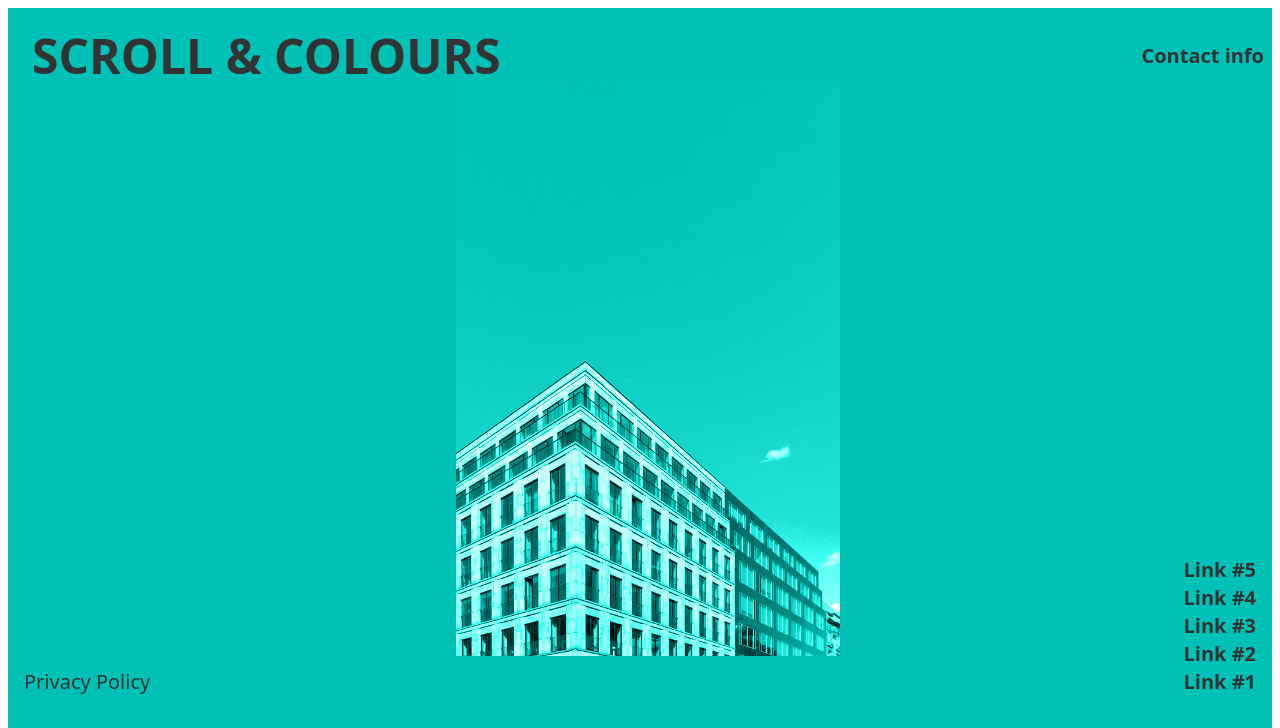
Repository: chelle-c/smooth-scroll-colours
Page: /
An editor plug-in stored every save of this project. The page is shown before and after the next save, followed by the edit.
The browser window is 1280 px wide. The pictures show the whole page.
An inner scrolling area shows only its first screen. The project was rebuilt for these pictures with package versions that can differ from the ones it lists, and the page was loaded fresh each time. Imported but missing from the stored project, and not drawn on this page: images.

Above is the page before, as saved 2022-09-21 23:16:25.

After the next save:
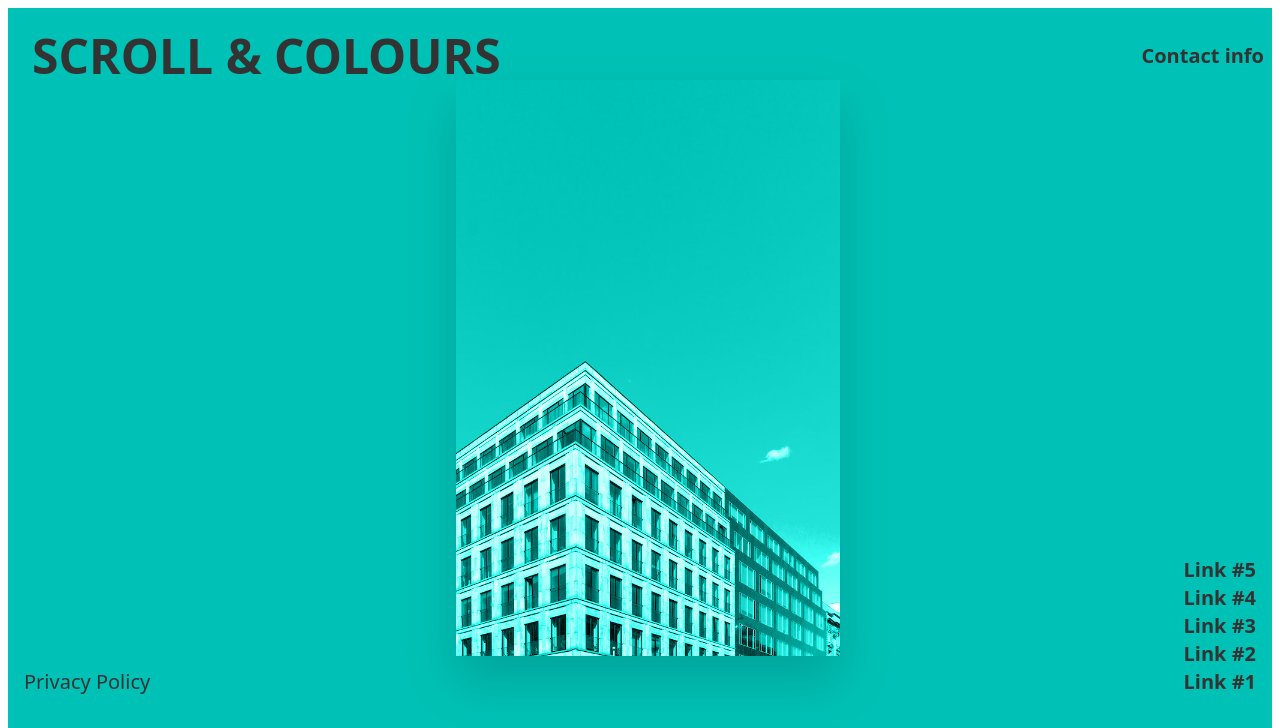
Saved 23 s later.
--- a/src/App.svelte
+++ b/src/App.svelte
@@ -20,7 +20,7 @@
 		class="flex min-w-full min-h-screen justify-center items-center transition-colors"
 		id="section5"
 	>
-		<div class=" mix-blend-luminosity">
+		<div class="mix-blend-luminosity drop-shadow-2xl">
 			<img
 				class="w-96"
 				src="/images/image-turquoise.jpg"
